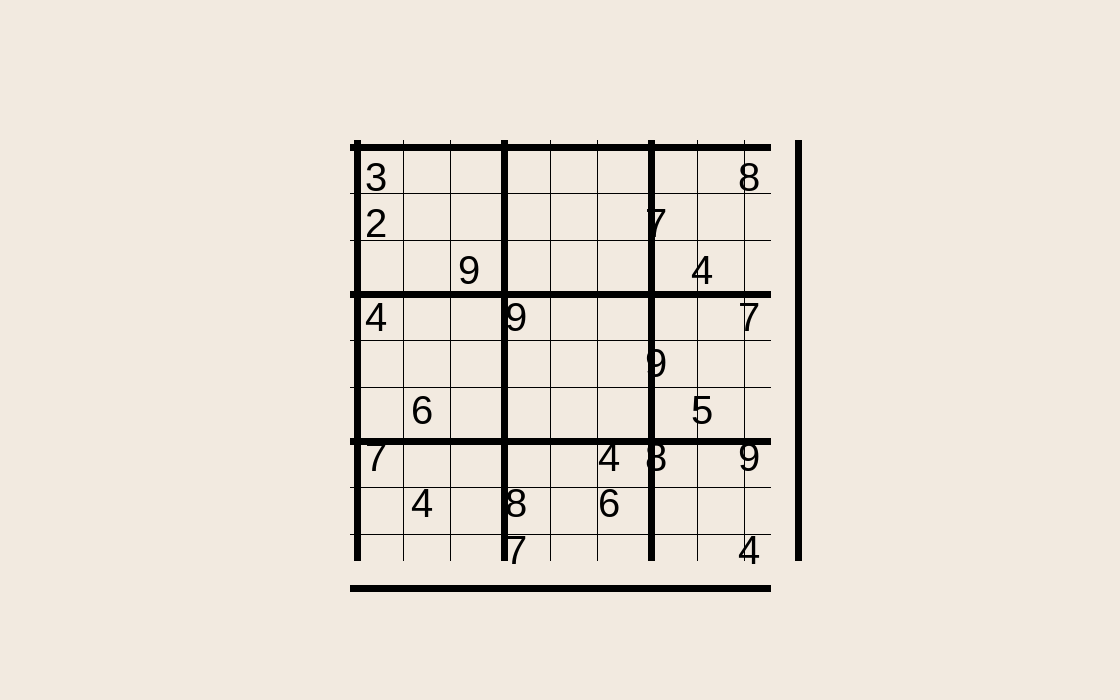
Repository: JensVL96/Puzzle-solver-for-fun
Script's output: python sudoku.py
The author's editor kept a copy of each file at every save. The script's output is drawn from the files as they stood at one save, then again after the next save.
The window is shown after at most 60 frames with no key pressed. A system font it names is replaced by a similar one. Random numbers start from a fixed seed.

Above is the script's output before, as saved 2020-11-07 16:36:54.

After the next save:
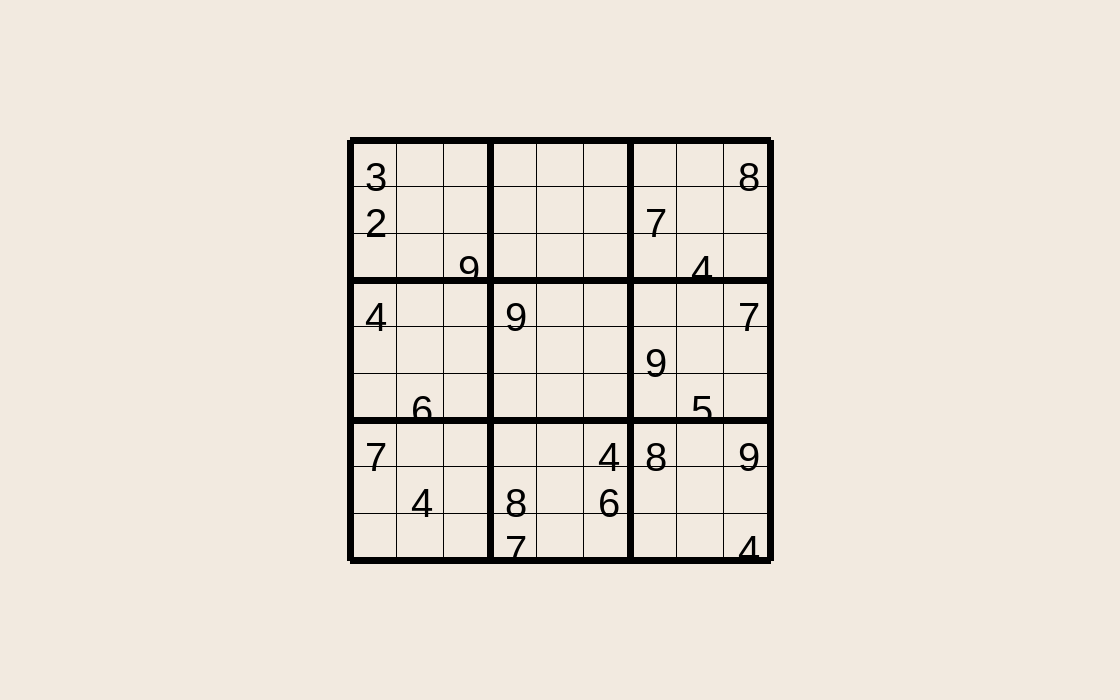
Saved 77 s later.
--- a/display_board.py
+++ b/display_board.py
@@ -35,7 +35,7 @@ class Display_board():
             else:
                 thick = 1
 
-            if i % 3 == 0:
+            if i+1 % 3 == 0:
                 size +=7
 
             print("line: ", i, size)
